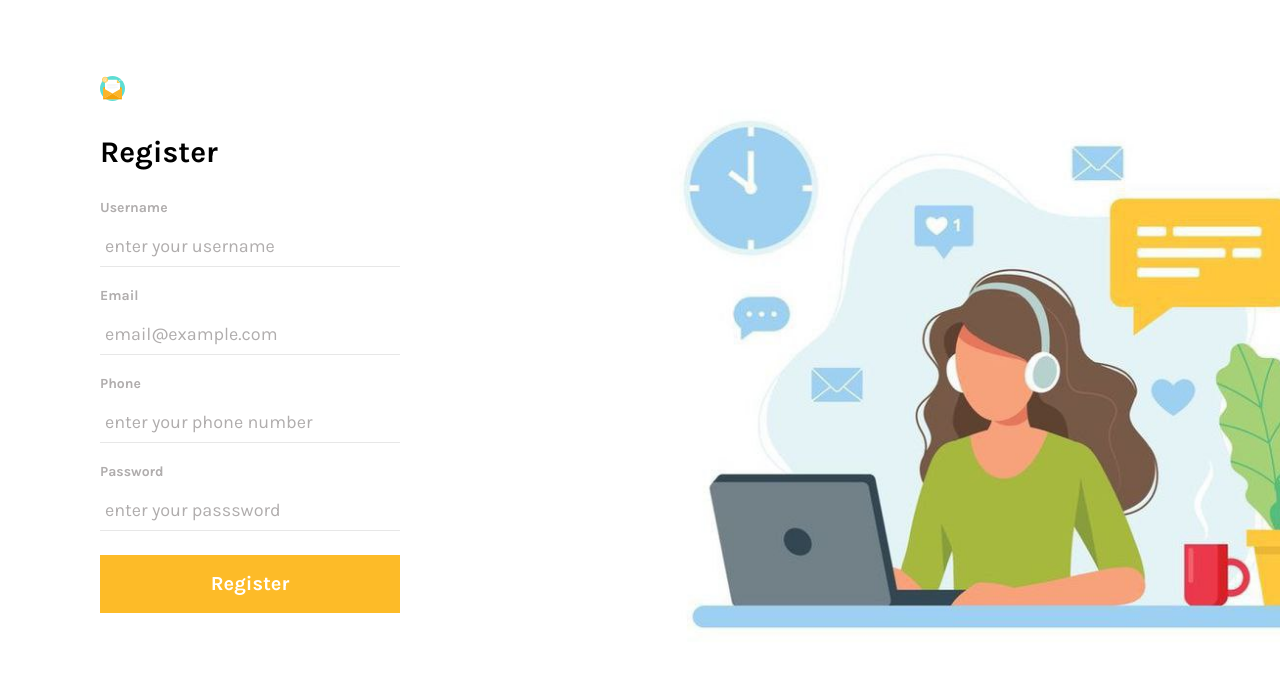
Repository: sara55m/Login
Page: http://localhost/register
An editor plug-in stored every save of this project. The page is shown before and after the next save, followed by the edit.
The browser window is 1280 px wide. The pictures show the whole page.
Some web libraries are served in a nearby version. The page is served by the project's Laravel application, run on PHP 8.4 with Laravel 10.

Above is the page before, as saved 2024-03-18 08:12:41.

After the next save:
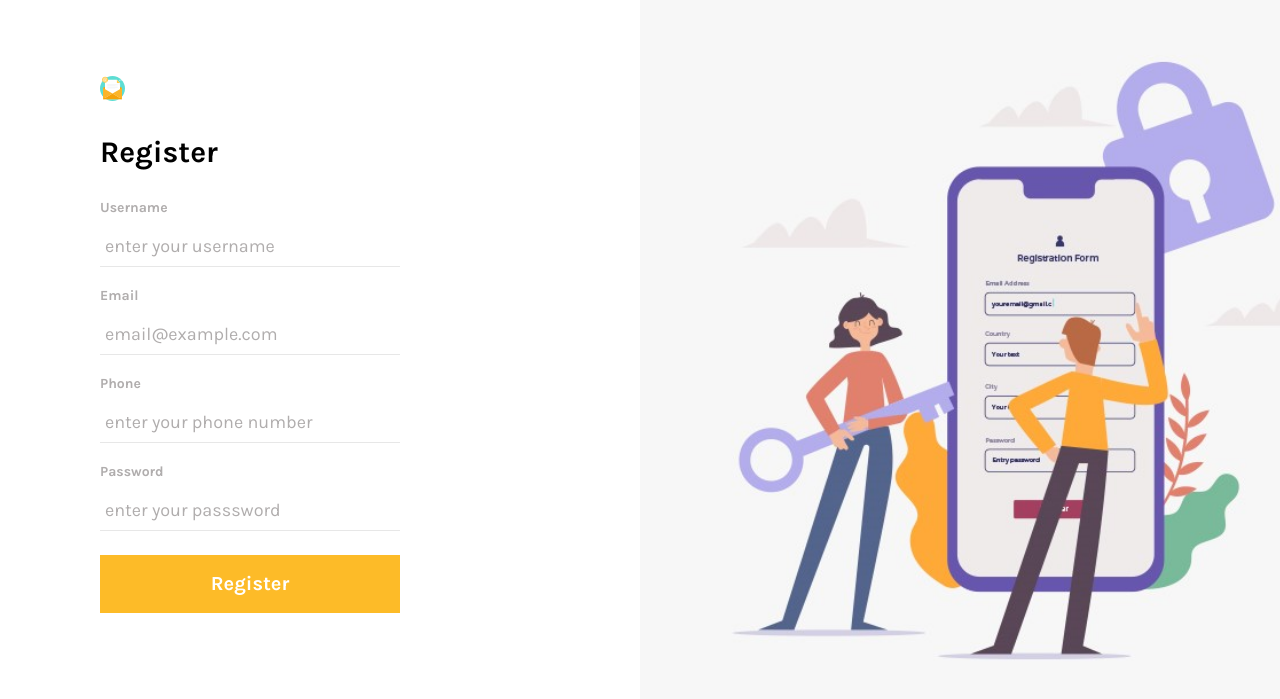
Saved 2 min 56 s later.
--- a/resources/views/register.blade.php
+++ b/resources/views/register.blade.php
@@ -70,7 +70,7 @@
         </div>
       </div>
       <div class="col-sm-6 px-0 d-none d-sm-block">
-        <img src="assets/images/login2.jpg" alt="register image" class="login-img">
+        <img src="assets/images/register.jpg" alt="register image" class="login-img">
       </div>
     </div>
   </div>
